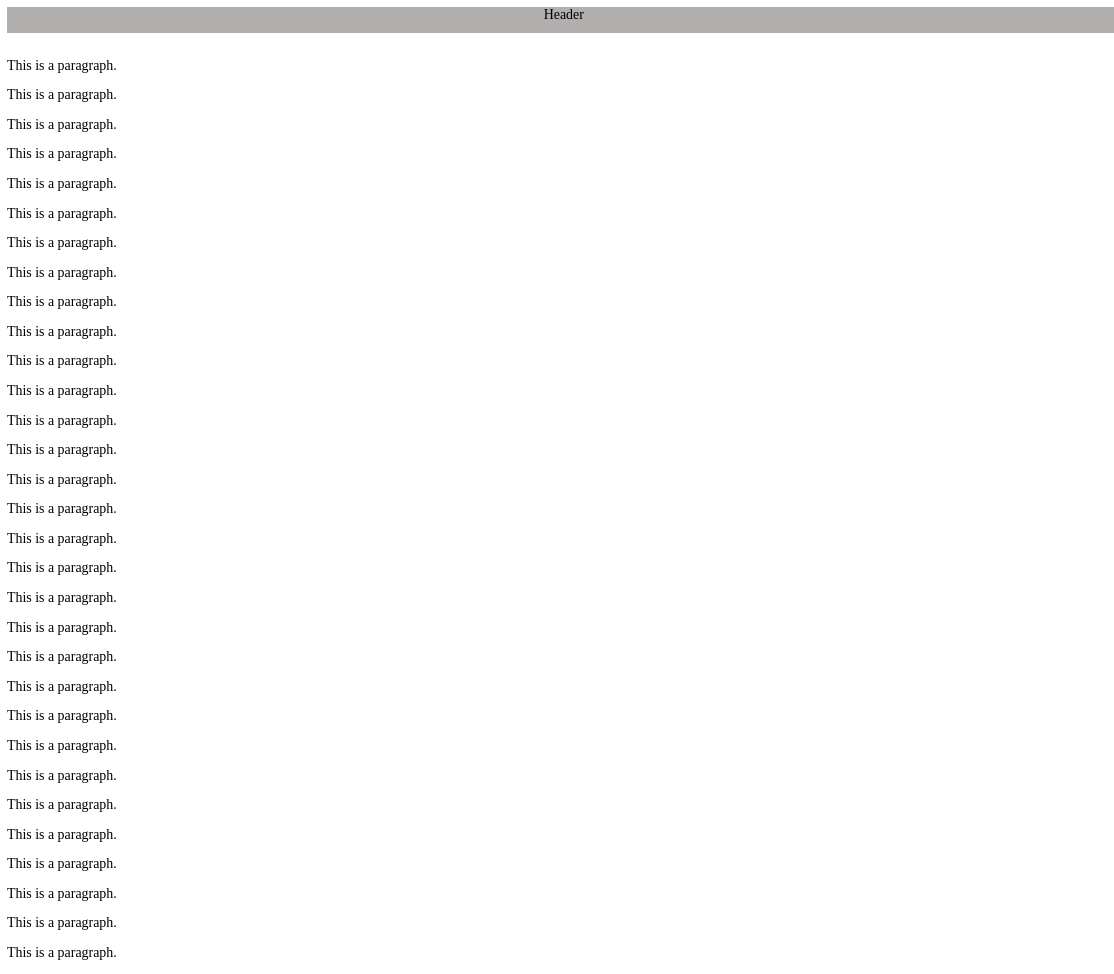
Repository: Sarah7223/internet-programming-tp
Page: TP1/ex9.html
These files come from the project's save history. The page is drawn as it stood at one moment and after the next save; the edit follows.
The browser window is 1280 px wide. The pictures show the whole page, at 87% of full size.

Above is the page before, as saved 2022-12-26 15:50:38.

### TP1/ex9.html
<html>
    <head>
        <style>
            .header{
                background-color: rgb(178, 175, 175);
                text-align: center;
                position: fixed;
                height: 30px;
                width: 100%;

            }
            .content{
                top:100px;
            }
            body::-webkit-scrollbar {
                width: 1em;
            }
            body::-webkit-scrollbar-track {
                box-shadow: inset 0 0 6px rgba(0, 0, 0, 0.3);
            }
            body::-webkit-scrollbar-thumb {
                background-color: darkgrey;
                outline: 1px solid slategrey;
            }



        </style>
    </head>
    <body>
        <div class="container">
            <div class="header">
                Header
            </div>
            <div class="content">
                <h1>Scrollable content</h1>
                <p>This is a paragraph.</p>
                <p>This is a paragraph.</p>
                <p>This is a paragraph.</p>
                <p>This is a paragraph.</p>
                <p>This is a paragraph.</p>
                <p>This is a paragraph.</p>
                <p>This is a paragraph.</p>
                <p>This is a paragraph.</p>
                <p>This is a paragraph.</p>
                <p>This is a paragraph.</p>
                <p>This is a paragraph.</p>
                <p>This is a paragraph.</p>
                <p>This is a paragraph.</p>
                <p>This is a paragraph.</p>
                <p>This is a paragraph.</p>
                <p>This is a paragraph.</p>
                <p>This is a paragraph.</p>
                <p>This is a paragraph.</p>
                <p>This is a paragraph.</p>
                <p>This is a paragraph.</p>
                <p>This is a paragraph.</p>
                <p>This is a paragraph.</p>
                <p>This is a paragraph.</p>
                <p>This is a paragraph.</p>
                <p>This is a paragraph.</p>
                <p>This is a paragraph.</p>
                <p>This is a paragraph.</p>
                <p>This is a paragraph.</p>
                <p>This is a paragraph.</p>
                <p>This is a paragraph.</p>
                <p>This is a paragraph.</p>
            </div>
        </div>
    </body>
</html>

After the next save:
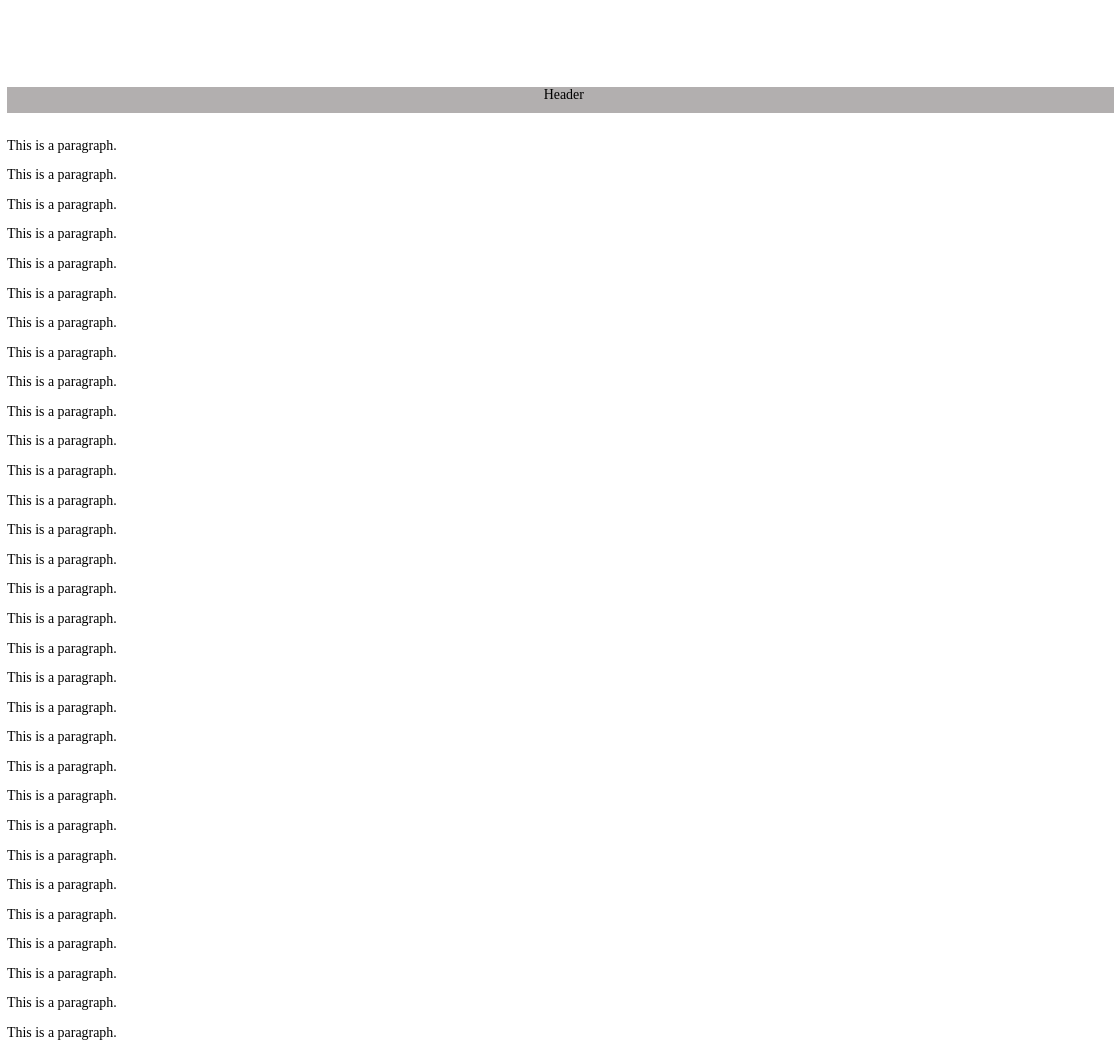
Saved 20 s later.
--- a/TP1/ex9.html
+++ b/TP1/ex9.html
@@ -10,7 +10,7 @@
 
             }
             .content{
-                top:100px;
+                margin-top:100px;
             }
             body::-webkit-scrollbar {
                 width: 1em;

After the save that followed:
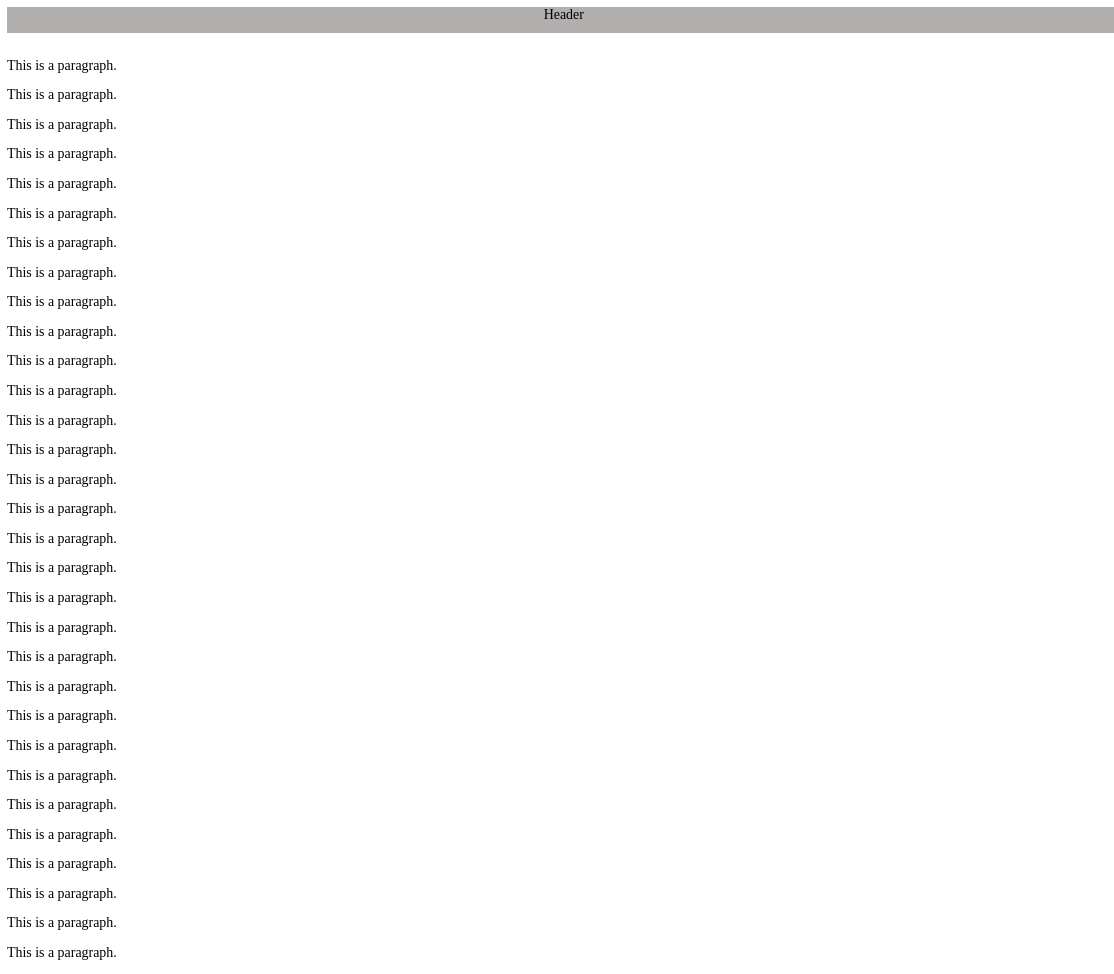
Saved 88 s later.
--- a/TP1/ex9.html
+++ b/TP1/ex9.html
@@ -9,16 +9,14 @@
                 width: 100%;
 
             }
-            .content{
-                margin-top:100px;
-            }
-            body::-webkit-scrollbar {
+
+            .content::-webkit-scrollbar {
                 width: 1em;
             }
-            body::-webkit-scrollbar-track {
+            .content::-webkit-scrollbar-track {
                 box-shadow: inset 0 0 6px rgba(0, 0, 0, 0.3);
             }
-            body::-webkit-scrollbar-thumb {
+            .content::-webkit-scrollbar-thumb {
                 background-color: darkgrey;
                 outline: 1px solid slategrey;
             }
